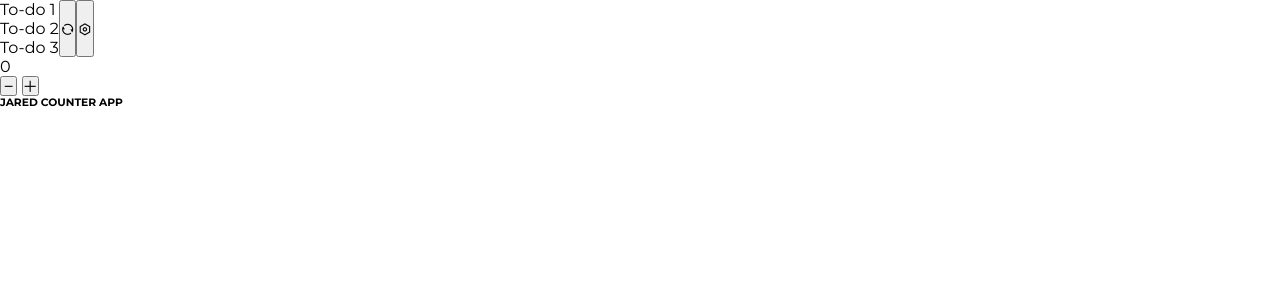
Repository: EguJaredoBoyd/Jared-Counter-App
Page: index.html
These files come from the project's save history. The page is drawn as it stood at one moment and after the next save; the edit follows.
The browser window is 1280 px wide. The pictures show the whole page.

Above is the page before, as saved 2025-11-17 21:40:24.

After the next save:
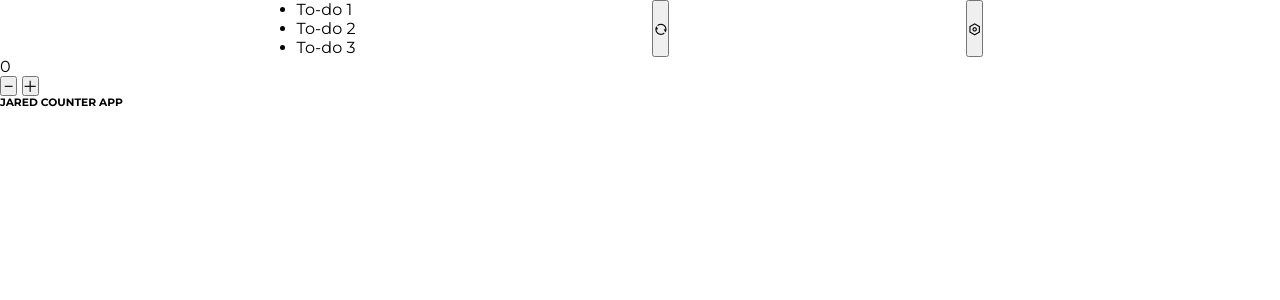
Saved 43 s later.
--- a/style.css
+++ b/style.css
@@ -13,4 +13,5 @@
 
 header {
     display: flex;
+    justify-content: space-evenly;
 }
